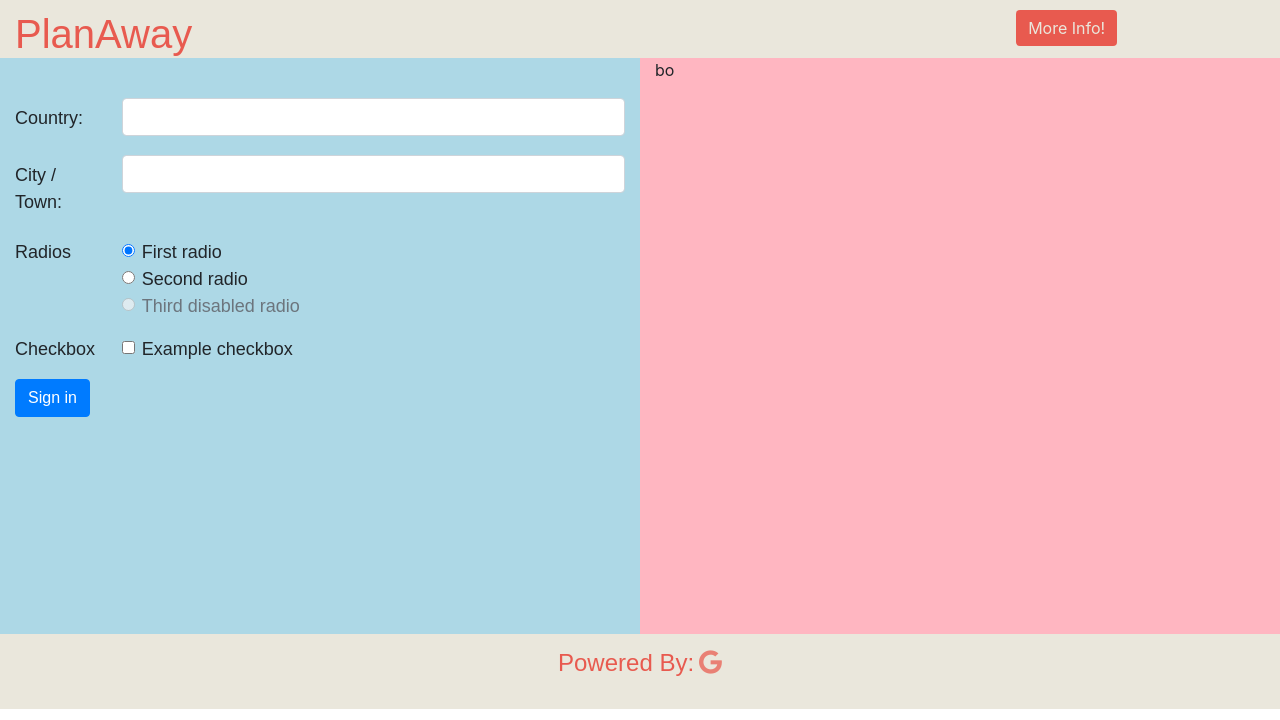
Repository: Brad000/PlanAway-Project
Page: planner.html
The author's editor kept a record of every edit. The page is drawn from the files as they stood at one moment, then again after the next edit.
The browser window is 1280 px wide. The pictures show the whole page.
Some icons come from a web library that is not loaded, so they are not drawn. Some web fonts or font styles are not loaded; a fallback is used. Some web libraries are served in a nearby version.

Above is the page before.

After the next edit:
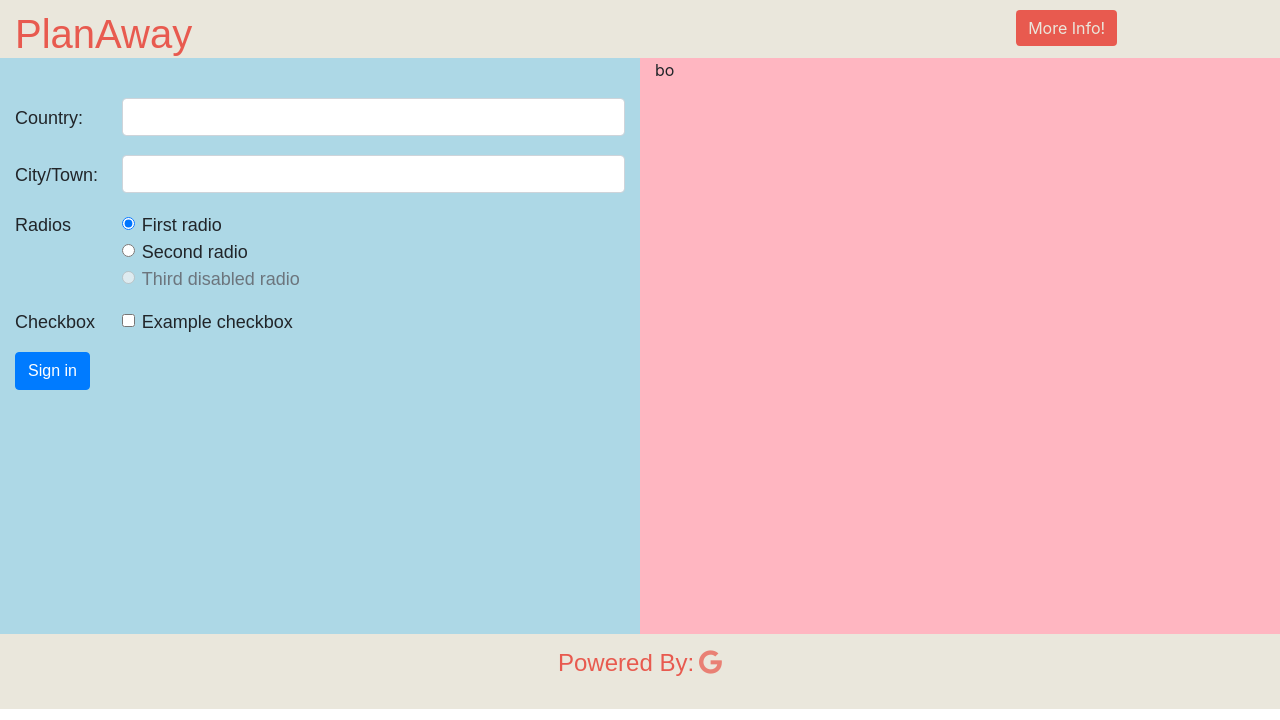
The edit:
--- a/planner.html
+++ b/planner.html
@@ -49,7 +49,7 @@
                         </div>
                     </div>
                     <div class="form-group row">
-                        <label class="col-sm-2 col-form-label">City / Town:</label>
+                        <label class="col-sm-2 col-form-label">City/Town:</label>
                         <div class="col-sm-10">
                             <input type="text" class="form-control">
                         </div>
